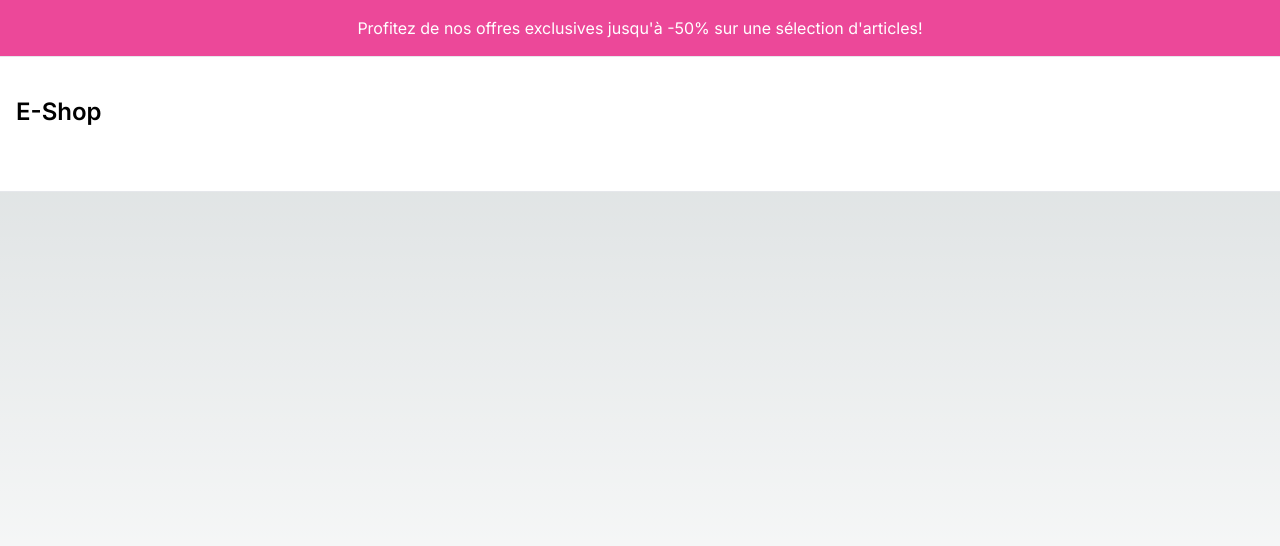
Repository: SDlevelUp/e-shop
Page: /
The author's editor kept a copy of each file at every save. The page is drawn from the files as they stood at one save, then again after the next save.
The browser window is 1280 px wide. The pictures show the whole page.
The project was rebuilt for these pictures with package versions that can differ from the ones it lists, and the page was loaded fresh each time. The framework's server and built-in components were replaced by stand-ins that run in the browser. Also part of the build but not shown: next.config.js.

Above is the page before, as saved 2023-08-29 09:12:47.

After the next save:
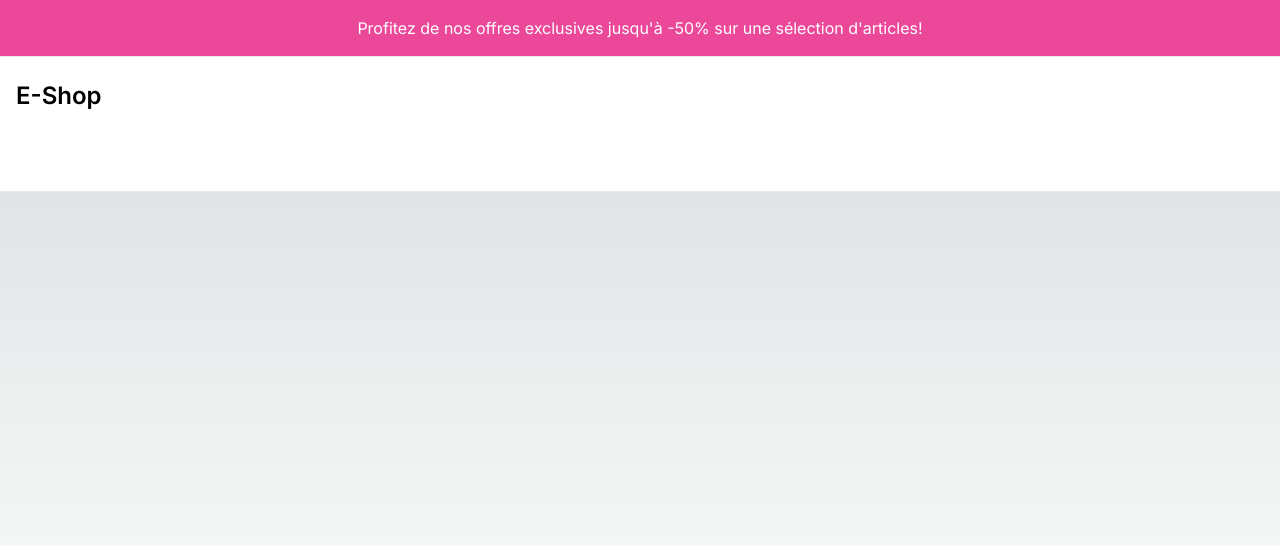
Saved 8 s later.
--- a/src/components/Navbar/Navbar.jsx
+++ b/src/components/Navbar/Navbar.jsx
@@ -14,7 +14,7 @@ export default function Navbar() {
                     </div>
                 </header>
 
-                <nav className="max-w-screen-xl flex items-center justify-between mx-auto p-4 mt-20" >
+                <nav className="max-w-screen-xl flex items-center justify-between mx-auto p-4 mt-16" >
                     <div className="flex items-center cursor-pointer">
                         <span className="self-center text-2xl font-semibold whitespace-nowrap">
                             E-Shop
